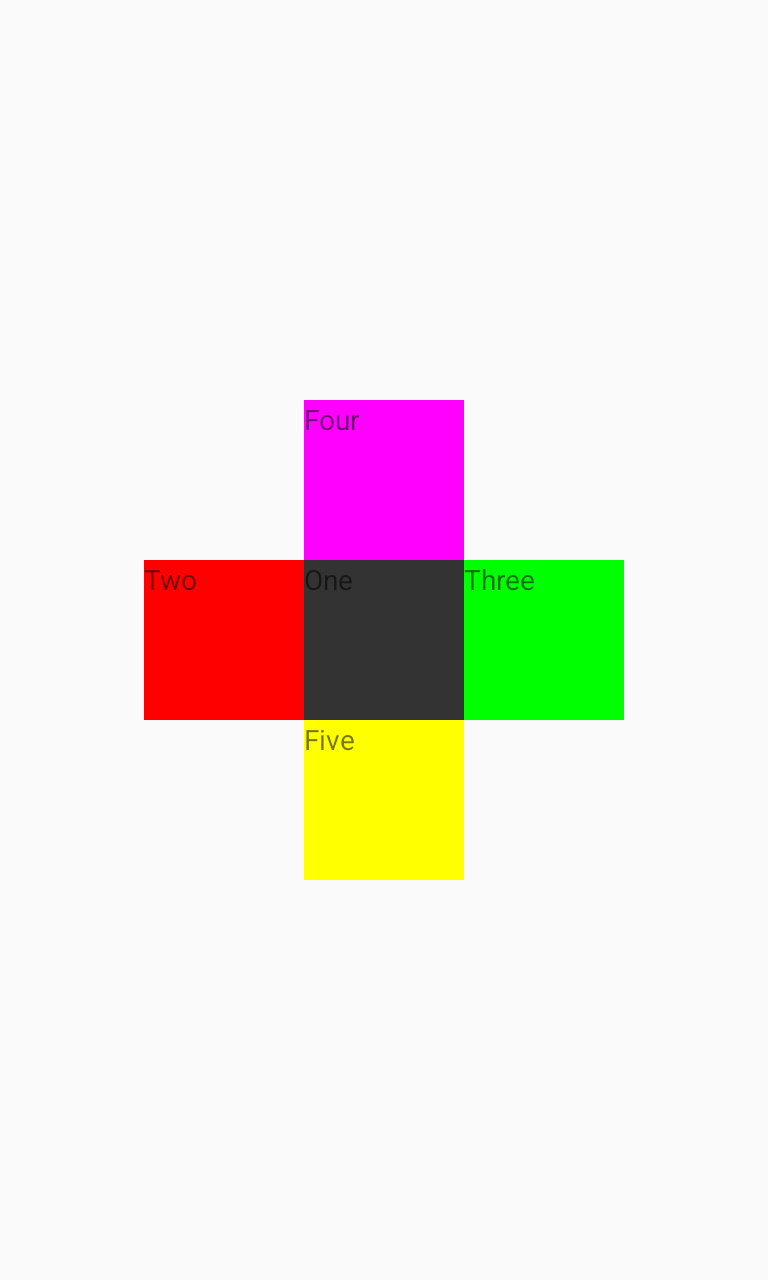
Repository: bingb89/Garbage
Layout: xml/hello/res/layout/activity_main.xml
The author's editor kept a copy of each file at every save. The layout is drawn from the files as they stood at one save, then again after a run of saves.
It is drawn on a 768 x 1280 px phone screen (xhdpi) without system bars, with theme AppTheme; the app's code is not run. The app's manifest (not shown) leaves right-to-left support off. So textAlignment, textDirection and layoutDirection are ignored, and left and right values win over start and end ones.

Above is the layout before, as saved 2015-12-24 08:56:59.

After the next 2 saves:
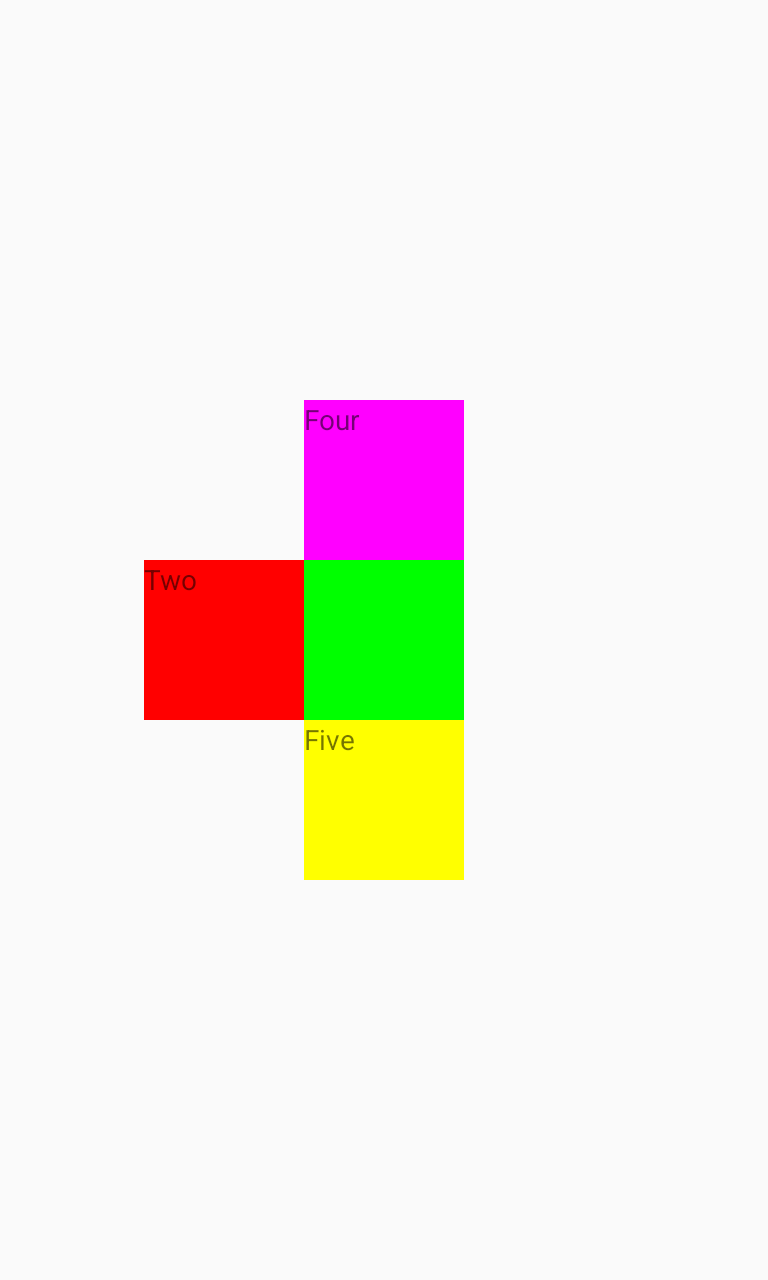
The 2 saves are shown as one change because they came seconds apart.
The last was saved 21 s later.
--- a/xml/hello/res/layout/activity_main.xml
+++ b/xml/hello/res/layout/activity_main.xml
@@ -17,7 +17,7 @@
         android:layout_width="80dp"
         android:layout_height="80dp"
         android:layout_toLeftOf="@id/t1"
-
+        android:layout_toStartOf="@id/t1"
         android:layout_centerVertical="true"
         android:background="#ff0000"
         android:text="@string/two" />
@@ -27,6 +27,7 @@
         android:layout_width="80dp"
         android:layout_height="80dp"
         android:layout_toRightOf="@id/t1"
+        android:layout_toStartOf="@id/t1"
         android:layout_centerVertical="true"
         android:background="#00ff00"
         android:text="@string/three" />

After the save that followed:
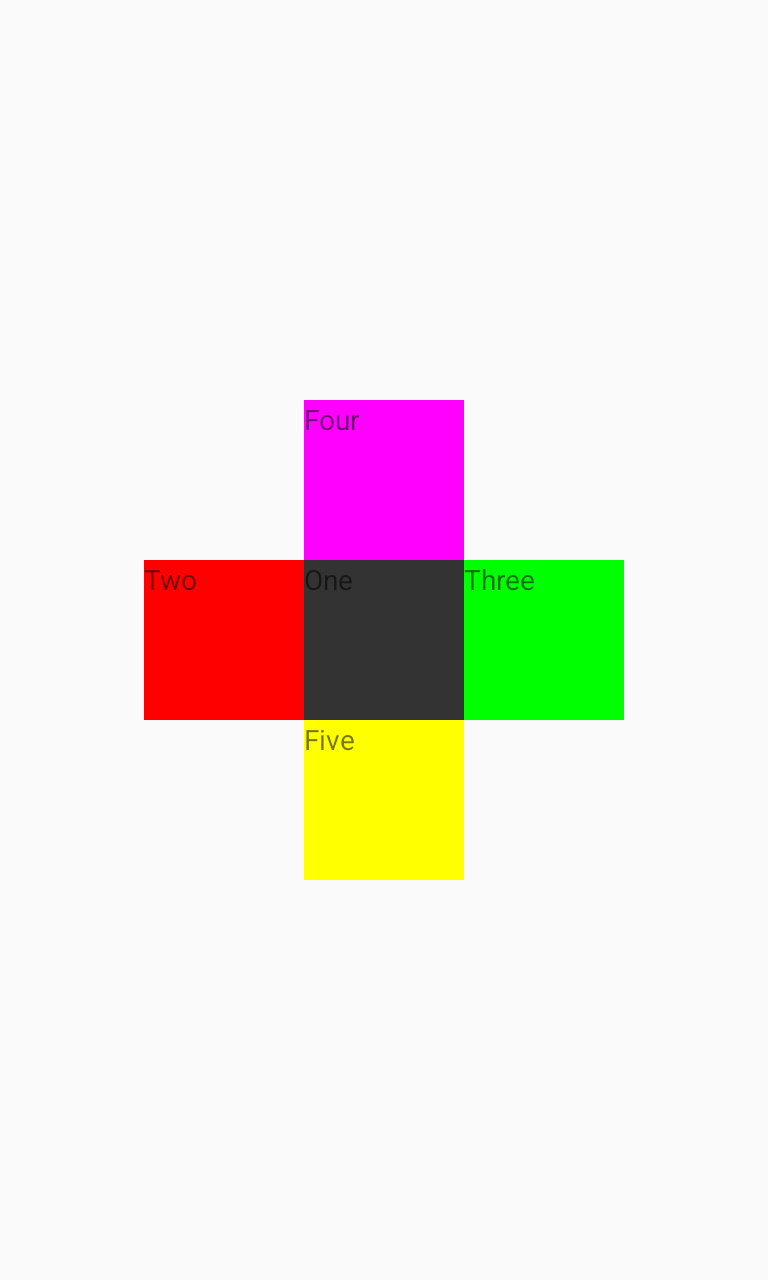
Saved 9 s later.
--- a/xml/hello/res/layout/activity_main.xml
+++ b/xml/hello/res/layout/activity_main.xml
@@ -27,7 +27,7 @@
         android:layout_width="80dp"
         android:layout_height="80dp"
         android:layout_toRightOf="@id/t1"
-        android:layout_toStartOf="@id/t1"
+        android:layout_toEndOf="@id/t1"
         android:layout_centerVertical="true"
         android:background="#00ff00"
         android:text="@string/three" />
